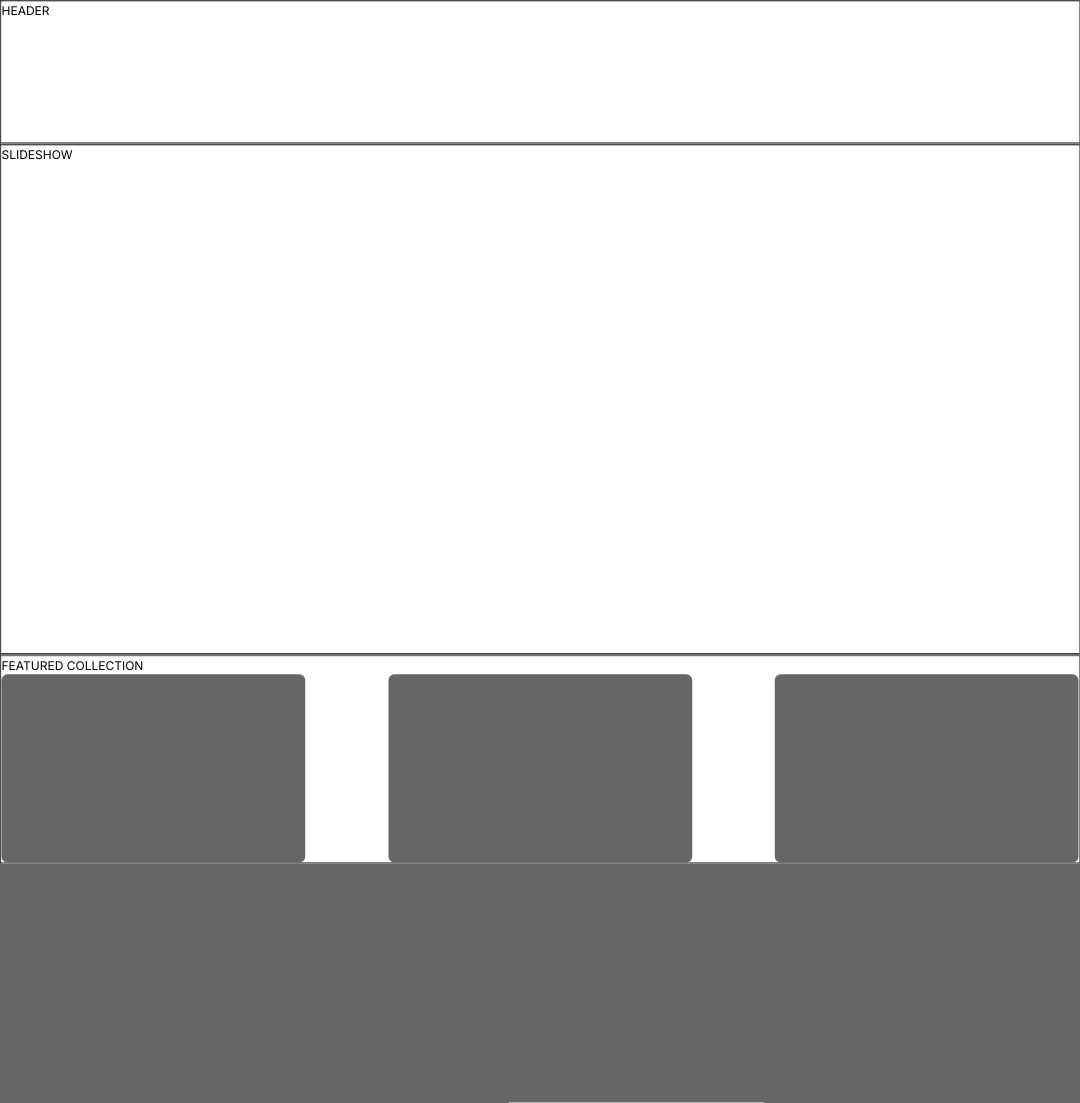
Repository: theophiloweb/landpage_disgital_store
Page: index.html
The author's editor kept a copy of each file at every save. The page is drawn from the files as they stood at one save, then again after the next save.
The browser window is 1280 px wide. The page is 1440 px wide, so the pictures cover 1440 px, including what lies to the right of the window. The pictures show the whole page, at 75% of full size.

Above is the page before, as saved 2025-04-23 09:28:42.

After the next save:
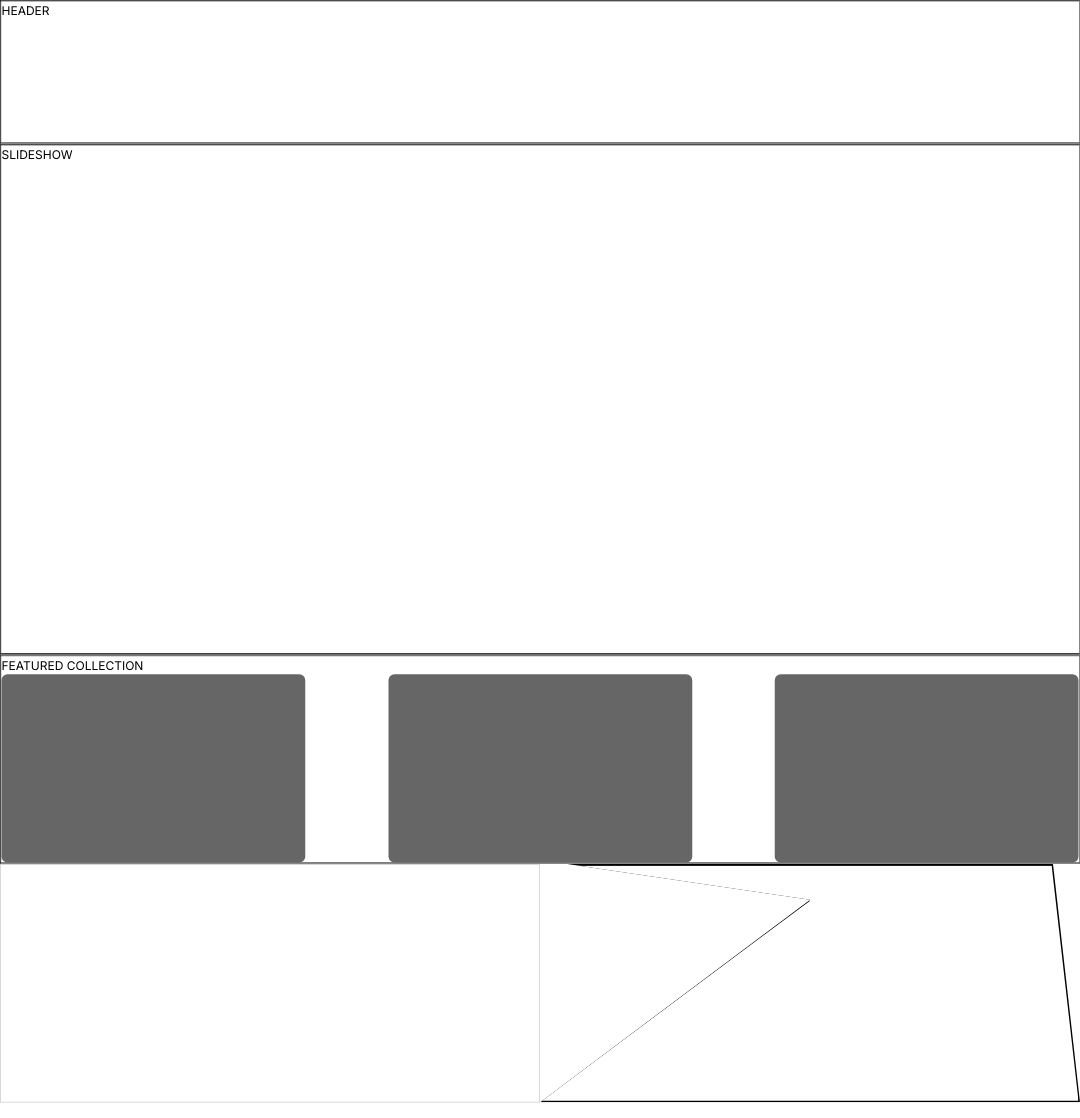
Saved 32 min 31 s later.
--- a/style.css
+++ b/style.css
@@ -95,14 +95,34 @@
     max-width: 1440px;
 }
 
-.featured_collection_2_box1{
+
+  .featured_collection_2_box1 {
     width: 1067.5px;
     height: 317.5px;
-    background-color: var(--dark-gray-2);
-}
+    border: 1px solid #ccc;
+    box-sizing: border-box;
+    margin-bottom: 20px;
+  }
 
-.featured_collection_2_box2{
+  .featured_collection_2_box2 {
     width: 1067.5px;
     height: 317.5px;
-    background-color: var(--dark-gray-2);
-}
+    position: relative;
+    overflow: hidden;
+    background-color: black;
+    -webkit-clip-path: polygon(5% 0%, 95% 0%, 100% 100%, 0% 100%, 50% 15%);
+    clip-path: polygon(5% 0%, 95% 0%, 100% 100%, 0% 100%, 50% 15%);
+    box-sizing: border-box;
+  }
+
+  .featured_collection_2_box2::before {
+    content: '';
+    position: absolute;
+    top: 2px;
+    left: 2px;
+    width: calc(100% - 4px);
+    height: calc(100% - 4px);
+    background-color: white;
+    -webkit-clip-path: polygon(5% 0%, 95% 0%, 100% 100%, 0% 100%, 50% 15%);
+    clip-path: polygon(5% 0%, 95% 0%, 100% 100%, 0% 100%, 50% 15%);
+  }

After the save that followed:
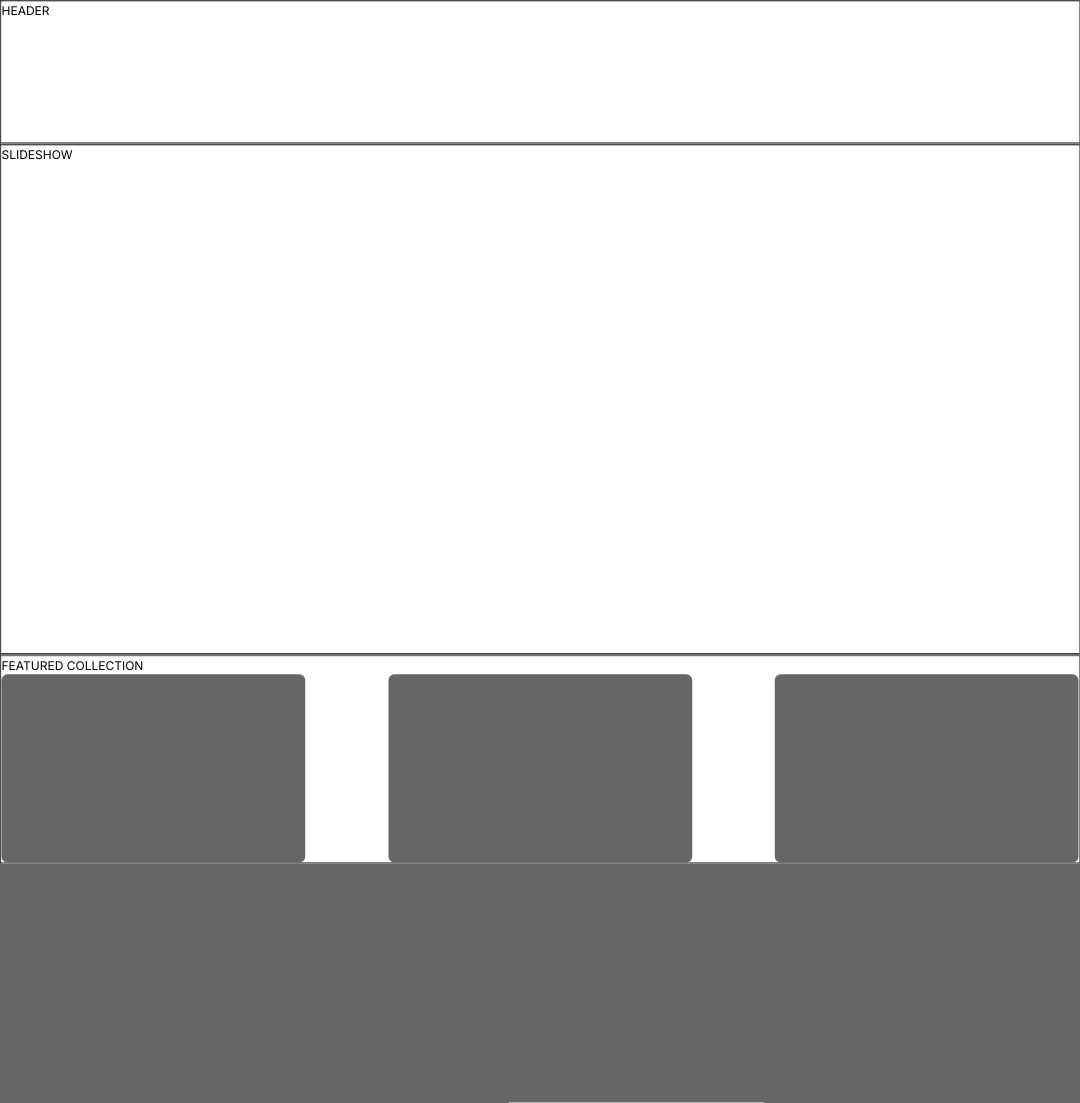
Saved 65 s later.
--- a/style.css
+++ b/style.css
@@ -95,34 +95,14 @@
     max-width: 1440px;
 }
 
-
-  .featured_collection_2_box1 {
+.featured_collection_2_box1{
     width: 1067.5px;
     height: 317.5px;
-    border: 1px solid #ccc;
-    box-sizing: border-box;
-    margin-bottom: 20px;
-  }
+    background-color: var(--dark-gray-2);
+}
 
-  .featured_collection_2_box2 {
+.featured_collection_2_box2{
     width: 1067.5px;
     height: 317.5px;
-    position: relative;
-    overflow: hidden;
-    background-color: black;
-    -webkit-clip-path: polygon(5% 0%, 95% 0%, 100% 100%, 0% 100%, 50% 15%);
-    clip-path: polygon(5% 0%, 95% 0%, 100% 100%, 0% 100%, 50% 15%);
-    box-sizing: border-box;
-  }
-
-  .featured_collection_2_box2::before {
-    content: '';
-    position: absolute;
-    top: 2px;
-    left: 2px;
-    width: calc(100% - 4px);
-    height: calc(100% - 4px);
-    background-color: white;
-    -webkit-clip-path: polygon(5% 0%, 95% 0%, 100% 100%, 0% 100%, 50% 15%);
-    clip-path: polygon(5% 0%, 95% 0%, 100% 100%, 0% 100%, 50% 15%);
-  }
+    background-color: var(--dark-gray-2);
+}
